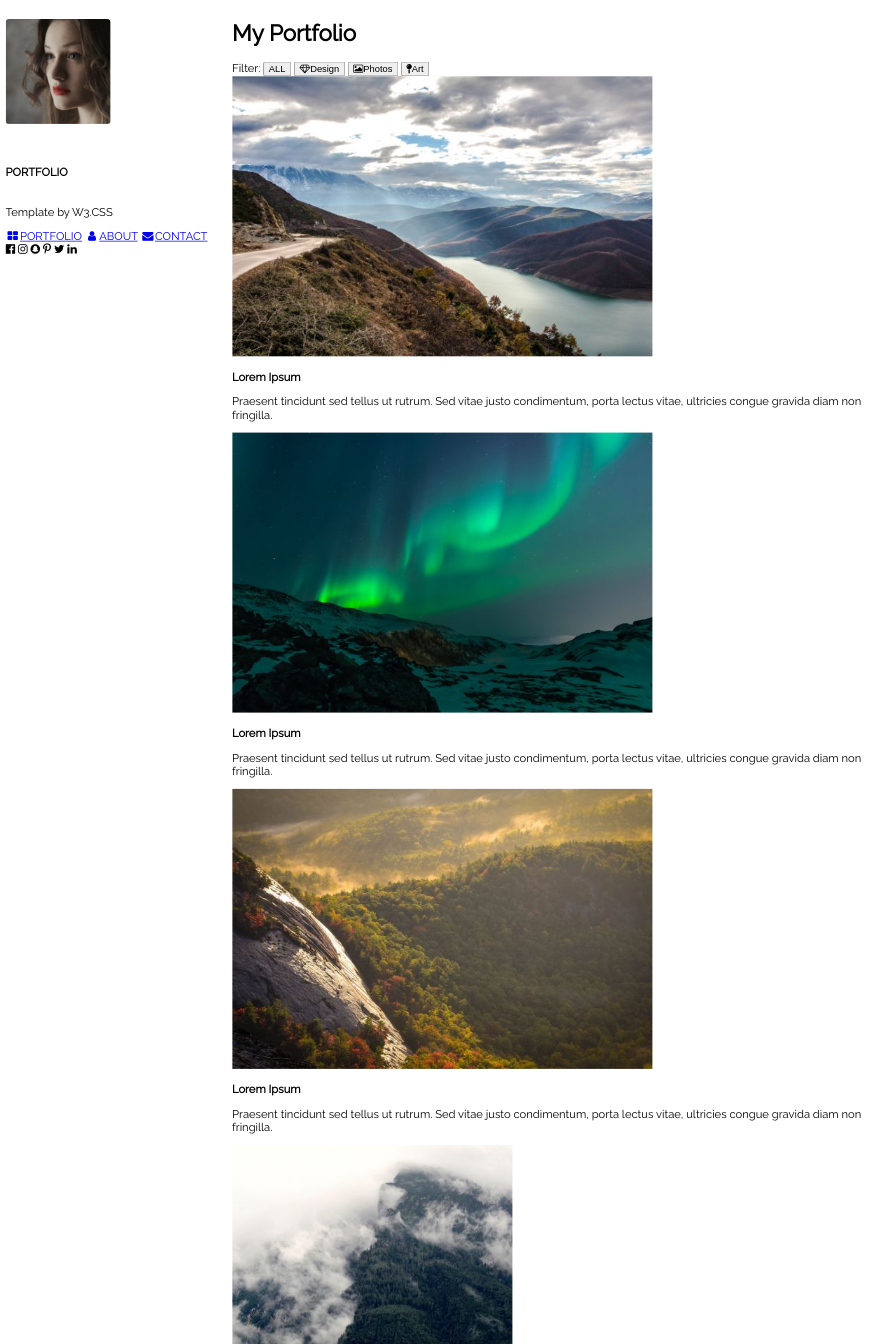
Repository: hesshess/clonecoding-assignment
Page: 5-nature-portfolio/template5.html
An editor plug-in stored every save of this project. The page is shown before and after a run of saves, followed by the edit.
The browser window is 1280 px wide. The pictures show the part of the page from y = 0 to 1920 px (the page is 5886 px tall), at 70% of full size.

Above is the page before, as saved 2022-03-18 19:07:41.

### 5-nature-portfolio/template5.html
<!DOCTYPE html>
<html>
  <head>
    <title>Nature Portfolio</title>
    <meta charset="UTF-8" />
    <meta name="viewport" content="width=device-width, initial-scale=1" />

    <link
      rel="stylesheet"
      href="https://fonts.googleapis.com/css?family=Raleway"
    />
    <link
      rel="stylesheet"
      href="https://cdnjs.cloudflare.com/ajax/libs/font-awesome/4.7.0/css/font-awesome.min.css"
    />
<link rel="stylesheet" href="./template5.css" />
  </head>
  <body >
    <!-- Sidebar/menu -->
    <nav
      id="mySidebar"
    >
      <br />
      <div class="card">

        <img
          src="./img/avatar_g2.jpg"


        /><br /><br />
        <h4><b>PORTFOLIO</b></h4>
        <p >Template by W3.CSS</p>
      </div>
      <div >
        <a
          href="#portfolio"
          onclick="w3_close()"

          ><i class="fa fa-th-large fa-fw"></i>PORTFOLIO</a
        >
        <a
          href="#about"

          ><i class="fa fa-user fa-fw "></i>ABOUT</a
        >
        <a
          href="#contact"


          ><i class="fa fa-envelope fa-fw"></i>CONTACT</a
        >
      </div>
      <div >
        <i class="fa fa-facebook-official w3-hover-opacity"></i>
        <i class="fa fa-instagram "></i>
        <i class="fa fa-snapchat "></i>
        <i class="fa fa-pinterest-p "></i>
        <i class="fa fa-twitter "></i>
        <i class="fa fa-linkedin "></i>
      </div>
    </nav>
<div></div>
    <!-- !PAGE CONTENT! -->
    <div class="cv" >
      <!-- Header -->
      <header id="portfolio">
        <div >
          <h1><b>My Portfolio</b></h1>
          <div>
            <span >Filter:</span>
            <button ">ALL</button>
            <button >
              <i class="fa fa-diamond "></i>Design
            </button>
            <button >
              <i class="fa fa-photo "></i>Photos
            </button>
            <button >
              <i class="fa fa-map-pin"></i>Art
            </button>
          </div>
        </div>
      </header>

      <!-- First Photo Grid-->
      <div >
        <div >
          <img
            src="./img/mountains.jpg"
            alt="Norway"

          />
          <div >
            <p><b>Lorem Ipsum</b></p>
            <p>
              Praesent tincidunt sed tellus ut rutrum. Sed vitae justo
              condimentum, porta lectus vitae, ultricies congue gravida diam non
              fringilla.
            </p>
          </div>
        </div>
        <div>
          <img
            src="./img/lights.jpg"
            alt="Norway"

          />
          <div >
            <p><b>Lorem Ipsum</b></p>
            <p>
              Praesent tincidunt sed tellus ut rutrum. Sed vitae justo
              condimentum, porta lectus vitae, ultricies congue gravida diam non
              fringilla.
            </p>
          </div>
        </div>
        <div >
          <img
            src="./img/nature.jpg"
            alt="Norway"

          />
          <div >
            <p><b>Lorem Ipsum</b></p>
            <p>
              Praesent tincidunt sed tellus ut rutrum. Sed vitae justo
              condimentum, porta lectus vitae, ultricies congue gravida diam non
              fringilla.
            </p>
          </div>
        </div>
      </div>

      <!-- Second Photo Grid-->
      <div >
        <div >
          <img
            src="./img/p1.jpg"
            alt="Norway"

          />
          <div >
            <p><b>Lorem Ipsum</b></p>
            <p>
              Praesent tincidunt sed tellus ut rutrum. Sed vitae justo
              condimentum, porta lectus vitae, ultricies congue gravida diam non
              fringilla.
            </p>
          </div>
        </div>
        <div >
          <img
            src="./img/p2.jpg"
            alt="Norway"

          />
          <div >
            <p><b>Lorem Ipsum</b></p>
            <p>
              Praesent tincidunt sed tellus ut rutrum. Sed vitae justo
              condimentum, porta lectus vitae, ultricies congue gravida diam non
              fringilla.
            </p>
          </div>
        </div>
        <div >
          <img
            src="./img/p3.jpg"
            alt="Norway"

          />
          <div >
            <p><b>Lorem Ipsum</b></p>
            <p>
              Praesent tincidunt sed tellus ut rutrum. Sed vitae justo
              condimentum, porta lectus vitae, ultricies congue gravida diam non
              fringilla.
            </p>
          </div>
        </div>
      </div>

      <!-- Pagination -->
      <div >
        <div >
          <a href="#" >«</a>
          <a href="#" >1</a>
          <a href="#" >2</a>
          <a href="#" >3</a>
          <a href="#" >4</a>
          <a href="#" >»</a>
        </div>
      </div>

      <!-- Images of Me -->
      <div id="about">
        <div >
          <img src="./img/avatar_g.jpg" alt="Me"  />
        </div>
        <div >
          <img src="./img/me2.jpg" alt="Me"  />
        </div>
      </div>

      <div >
        <h4><b>About Me</b></h4>
        <p>
          Just me, myself and I, exploring the universe of unknownment. I have a
          heart of love and an interest of lorem ipsum and mauris neque quam
          blog. I want to share my world with you. Praesent tincidunt sed tellus
          ut rutrum. Sed vitae justo condimentum, porta lectus vitae, ultricies
          congue gravida diam non fringilla. Praesent tincidunt sed tellus ut
          rutrum. Sed vitae justo condimentum, porta lectus vitae, ultricies
          congue gravida diam non fringilla.
        </p>
        <hr />

        <h4>Technical Skills</h4>
        <!-- Progress bars / Skills -->
        <p>Photography</p>
        <div>
          <div

          >
            95%
          </div>
        </div>
        <p>Web Design</p>
        <div >
          <div

          >
            85%
          </div>
        </div>
        <p>Photoshop</p>
        <div >
          <div

          >
            80%
          </div>
        </div>
        <p>
          <button

          >
            <i class="fa fa-download "></i>Download Resume
          </button>
        </p>
        <hr />

        <h4>How much I charge</h4>
        <!-- Pricing Tables -->
        <div >
          <div>
            <ul

            >
              <li >Basic</li>
              <li >Web Design</li>
              <li>Photography</li>
              <li>1GB Storage</li>
              <li>Mail Support</li>
              <li>
                <h2>$ 10</h2>
                <span >per month</span>
              </li>
              <li >
                <button

                >
                  Sign Up
                </button>
              </li>
            </ul>
          </div>

          <div >
            <ul

            >
              <li >Pro</li>
              <li>Web Design</li>
              <li>Photography</li>
              <li>50GB Storage</li>
              <li>Endless Support</li>
              <li>
                <h2>$ 25</h2>
                <span >per month</span>
              </li>
              <li >
                <button

                >
                  Sign Up
                </button>
              </li>
            </ul>
          </div>

          <div >
            <ul

            >
              <li >Premium</li>
              <li>Web Design</li>
              <li>Photography</li>
              <li>Unlimited Storage</li>
              <li>Endless Support</li>
              <li>
                <h2>$ 25</h2>
                <span >per month</span>
              </li>
              <li >
                <button

                >
                  Sign Up
                </button>
              </li>
            </ul>
          </div>
        </div>
      </div>

      <!-- Contact Section -->
      <div >
        <h4 id="contact"><b>Contact Me</b></h4>
        <div


        >
          <div >
            <p><i class="fa fa-envelope "></i></p>
            <p>email@email.com</p>
          </div>
          <div >
            <p>
              <i class="fa fa-map-marker "></i>
            </p>
            <p>Chicago, US</p>
          </div>
          <div >
            <p><i class="fa fa-phone "></i></p>
            <p>512312311</p>
          </div>
        </div>
        <hr  />
        <form >
          <div >
            <label>Name</label>
            <input

              type="text"
              name="Name"
              required
            />
          </div>
          <div >
            <label>Email</label>
            <input

              type="text"
              name="Email"
              required
            />
          </div>
          <div >
            <label>Message</label>
            <input

              type="text"
              name="Message"
              required
            />
          </div>
          <button type="submit" >
            <i class="fa fa-paper-plane "></i>Send Message
          </button>
        </form>
      </div>

      <!-- Footer -->
      <footer >
        <div >
          <div >
            <h3>FOOTER</h3>
            <p>
              Praesent tincidunt sed tellus ut rutrum. Sed vitae justo
              condimentum, porta lectus vitae, ultricies congue gravida diam non
              fringilla.
            </p>
            <p>
              Powered by
              <a


                >w3.css</a
              >
            </p>
          </div>

          <div >
            <h3>BLOG POSTS</h3>
            <ul >
              <li>
                <img
                  src="./img/workshop.jpg"


                />
                <span >Lorem</span><br />
                <span>Sed mattis nunc</span>
              </li>
              <li>
                <img
                  src="./img/gondol.jpg"


                />
                <span >Ipsum</span><br />
                <span>Praes tinci sed</span>
              </li>
            </ul>
          </div>

          <div >
            <h3>POPULAR TAGS</h3>
            <p>
              <span >Travel</span>
              <span
                >New York</span
              >
              <span
                >London</span
              >
              <span >IKEA</span>
              <span
                >NORWAY</span
              >
              <span >DIY</span>
              <span
                >Ideas</span
              >
              <span >Baby</span>
              <span
                >Family</span
              >
              <span >News</span>
              <span
                >Clothing</span
              >
              <span
                >Shopping</span
              >
              <span
                >Sports</span
              >
              <span
                >Games</span
              >
            </p>
          </div>
        </div>
      </footer>

      <div >
        Powered by
        <a


          >w3.css</a
        >
      </div>

      <!-- End page content -->
    </div>

  </body>
</html>

### 5-nature-portfolio/template5.css
body,
h1,
h2,
h3,
h4,
h5,
h6 {
  font-family: 'Raleway', sans-serif;
}
body {
  display: grid;
  gap: 10px;
  grid-template-columns: 1fr 3fr;
  grid-template-rows: 3fr;
}
nav {
  position: fixed;
}
.card {
  display: flex;
  flex-direction: column;
}
.card > img {
  width: 50%;
  border-radius: 5px;
}

After the next 2 saves:
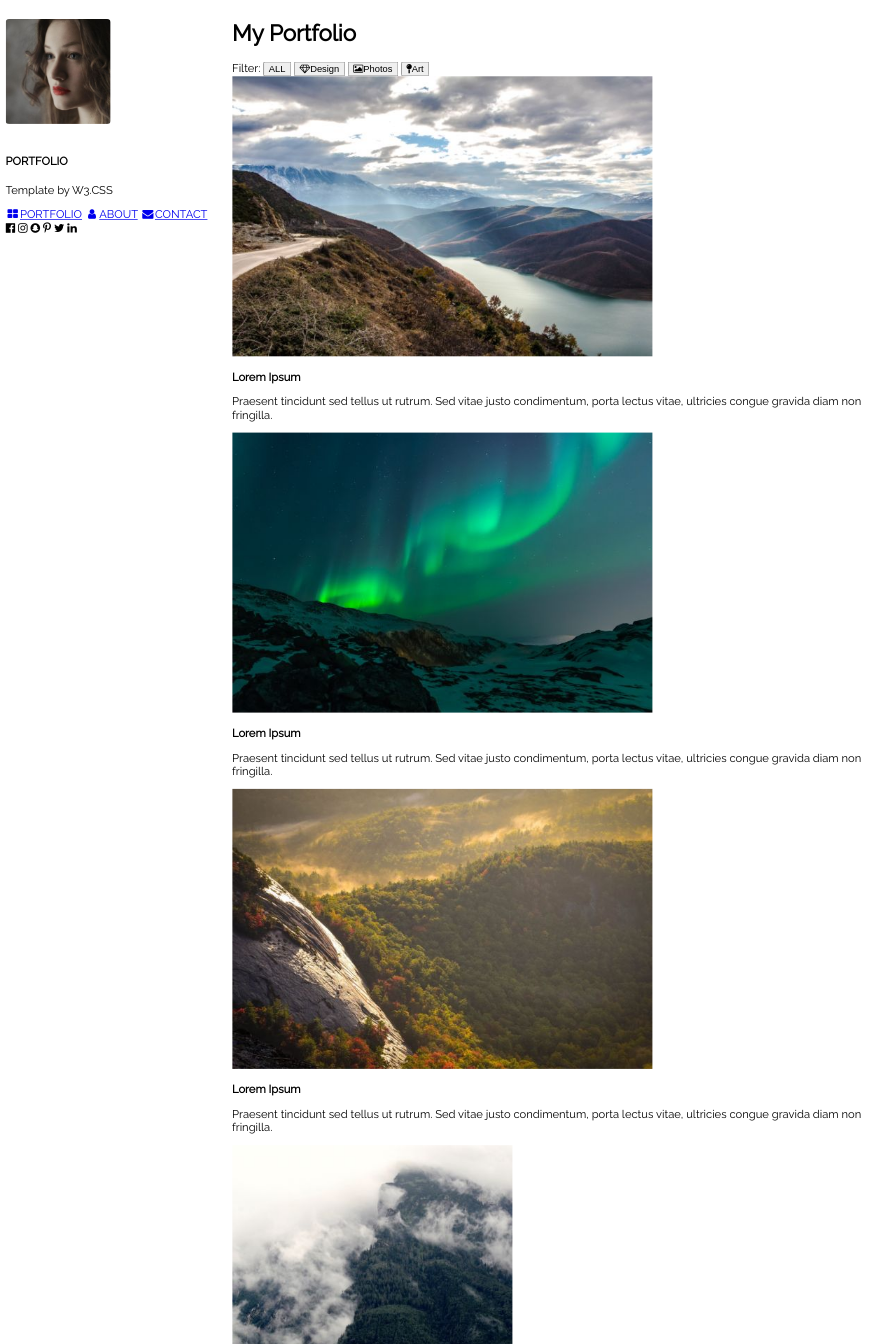
The 2 saves are shown as one change because they came seconds apart.
The last was saved 47 s later.
--- a/5-nature-portfolio/template5.css
+++ b/5-nature-portfolio/template5.css
@@ -16,7 +16,7 @@ body {
 nav {
   position: fixed;
 }
-.card {
+.column {
   display: flex;
   flex-direction: column;
 }
